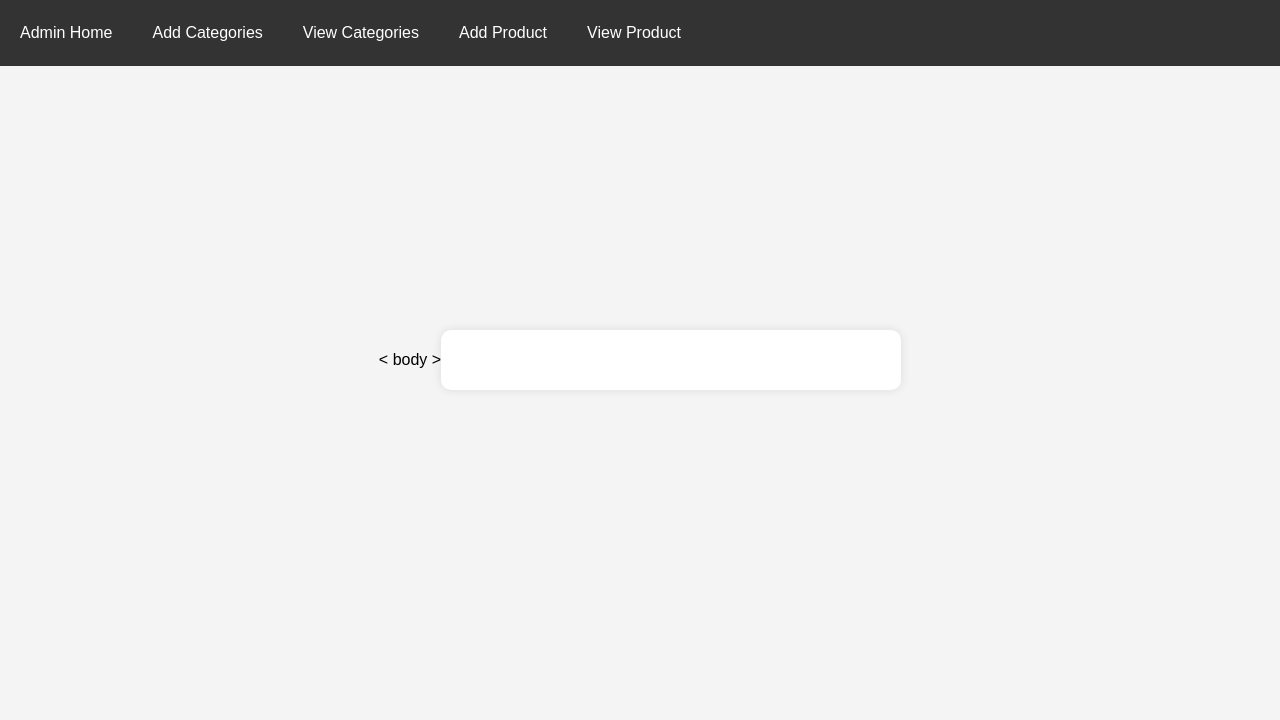
Repository: SimOneGraCias11/Montran_Training
Page: http://localhost/Project/addProduct.jsp
An editor plug-in stored every save of this project. The page is shown before and after the next save, followed by the edit.
The browser window is 1280 px wide. The pictures show the whole page.
The page is served by Tomcat 9.

Above is the page before, as saved 2024-08-10 23:15:23.

### Project/src/main/webapp/addProduct.jsp
<%@ page language="java" contentType="text/html; charset=ISO-8859-1"
	pageEncoding="ISO-8859-1"%>
<!DOCTYPE html>
<html>
<head>
<meta charset="ISO-8859-1">
<title>Add Product</title>

<style>
body {
	font-family: Arial, sans-serif;
	display: flex;
	justify-content: center;
	align-items: center;
	height: 100vh;
	background-color: #f4f4f4;
	margin: 0;
	padding: 0;
}

.container {
	text-align: center;
	background-color: #fff;
	padding: 30px;
	border-radius: 10px;
	box-shadow: 0 0 10px rgba(0, 0, 0, 0.1);
	width: 400px;
}

h2 {
	color: #333;
	margin-bottom: 20px;
	text-align: center;
}

label {
	font-size: 14px;
	color: #555;
	margin-bottom: 5px;
	display: block;
	text-align: left;
}

input[type="text"], input[type="number"], input[type="date"] {
	width: 100%;
	padding: 10px;
	margin-bottom: 20px;
	border: 1px solid #ccc;
	border-radius: 5px;
}

.button {
	width: 100%;
	padding: 10px 20px;
	background-color: #28a745;
	color: white;
	border: none;
	border-radius: 5px;
	cursor: pointer;
	font-size: 16px;
}

.button:hover {
	background-color: #218838;
}
</style>
</head >
 < body >
 <%@ include file="header.jsp" %>

 <div class="container">


 </div>

  </body >

  </html >

### Project/src/main/webapp/header.jsp
<%@ page language="java" contentType="text/html; charset=ISO-8859-1"
    pageEncoding="ISO-8859-1"%>
<!DOCTYPE html>
<html>
<head>
<style>
body{
margin:0;
padding:0;
}
.navbar{
background-color:#333;
overflow:hidden;
padding:10px 15px;
position:fixed;
top:0;
width:100%;
z-index:1000;
}

.navbar a{
float:left;
color:white;
text-align:center;
padding:14px 20px;
text-decoration:none;
font-size:16px;

}
.navbar a:hover{
background-color:#ddd;
color:black;
}

.navbar a.active{
background-color:#4CAF50;
color:white;
}
.content{
padding-top:60px;
}
</style>
</head>
<body>
<div class="navbar">
<a href="adminHome.jsp" >Admin Home</a>
<a href="addCategories">Add Categories</a>
<a href="viewCategories" >View Categories</a>
<a href="addProduct">Add Product</a>
<a href="viewProduct">View Product</a>

</div>
<div class="content"></div>
</body>
</html>

### Project/src/main/webapp/footer.jsp
<%@ page language="java" contentType="text/html; charset=ISO-8859-1"
    pageEncoding="ISO-8859-1"%>
<!DOCTYPE html>
<html>
<head>

<style>

.footer{
background-color:#333;
color:white;
padding:10px 15px;
text-align:center;
position:fixed;
left:0;
bottom:0;
width:100%;

}

.footer a{
color:#4CAF50;
text-decoration:none;

}
.footer a:hover{
text-decoration:underline;

}

</style>
</head>
<body>

<div class="footer">
<p> Inventory Management System &copy; 2024 | <a href="contact.jsp"> Contact Us </a></p>

</div>

</body>
</html>

After the next save:
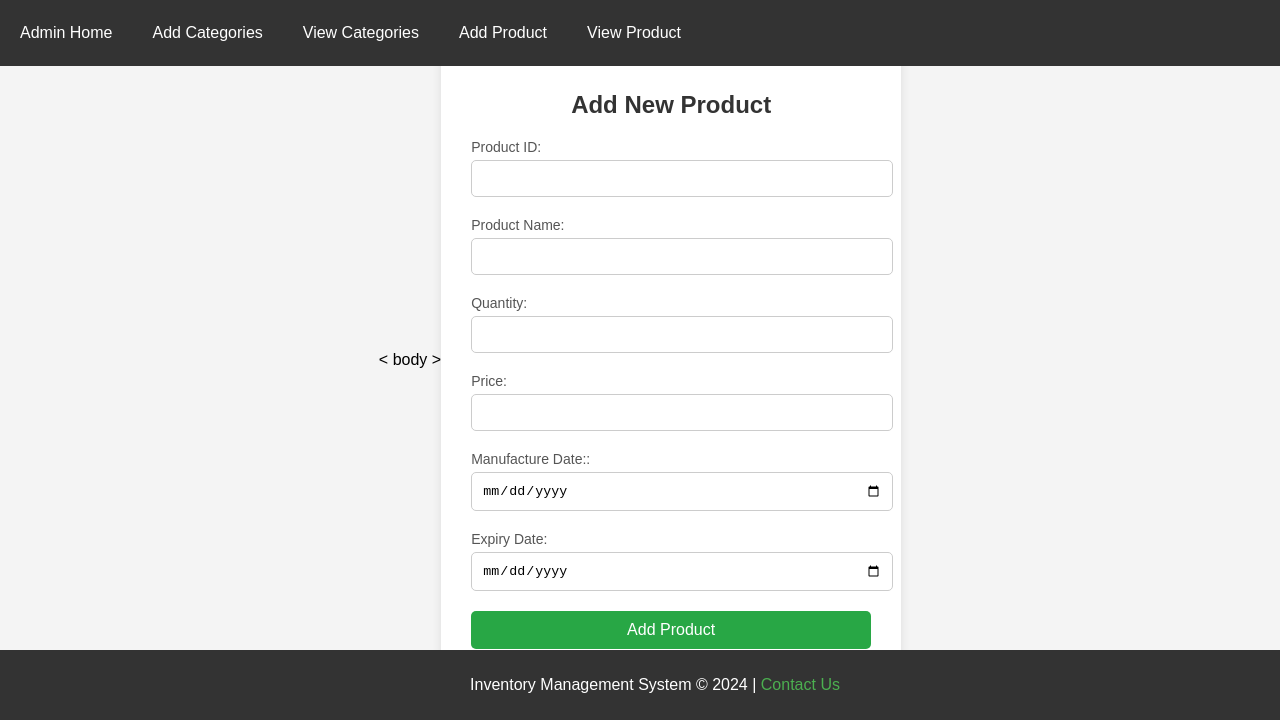
Saved 5 min 54 s later.
--- a/Project/src/main/webapp/addProduct.jsp
+++ b/Project/src/main/webapp/addProduct.jsp
@@ -69,10 +69,31 @@ input[type="text"], input[type="number"], input[type="date"] {
  <%@ include file="header.jsp" %>
 
  <div class="container">
+ <h2>Add New Product</h2>
+	<form action="addProductServlet">
+		<label for="product_id">Product ID:</label>
+		<input type="text" id="product_id" name="product_id">
 
+		<label for="product_name">Product Name:</label>
+		<input type="text" id="product_name" name="product_name">
 
+		<label for="quantity">Quantity:</label>
+		<input type="number" id="quantity" name="quantity">
+
+		<label for="price">Price:</label>
+		<input type="number" id="price" name="price">
+
+		<label for="man_date">Manufacture Date::</label>
+		<input type="date" id="man_date" name="man_date">
+
+		<label for="exp_date">Expiry Date:</label>
+		<input type="date" id="exp_date" name="exp_date">
+
+		<button type="submit" class="button">Add Product</button>
+
+ </form>
  </div>
-
+ <%@ include file="footer.jsp" %>
   </body >
 
   </html >
